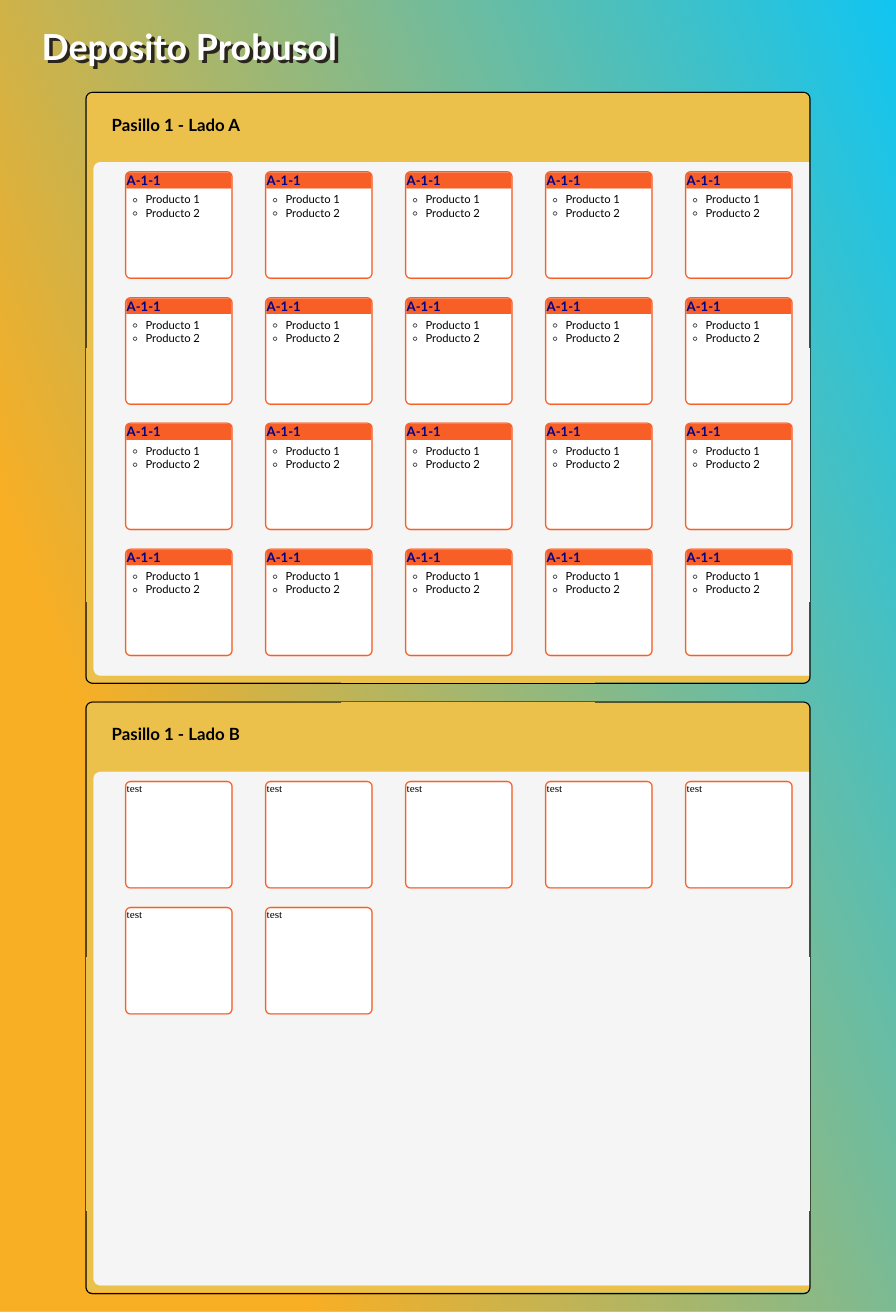
Repository: Franzcod/DepoStock_Web
Page: index.html
An editor plug-in stored every save of this project. The page is shown before and after the next save, followed by the edit.
The browser window is 1280 px wide. The pictures show the whole page, at 70% of full size.

Above is the page before, as saved 2020-06-07 22:53:14.
Console error: ReferenceError: ur is not defined

After the next save:
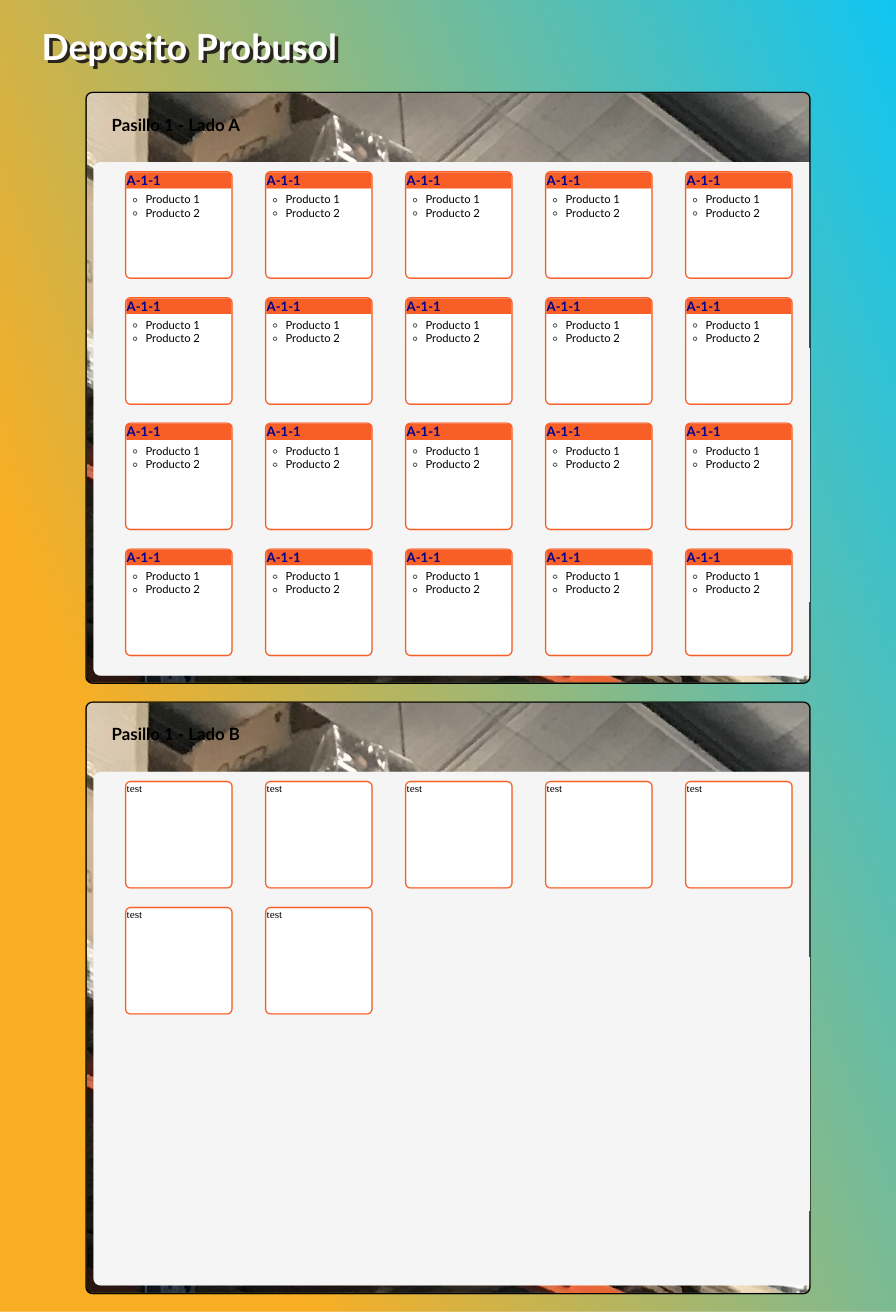
Saved 6 s later.
--- a/estilo/estilo.css
+++ b/estilo/estilo.css
@@ -28,7 +28,7 @@ html{
     width: 80%;
     height: 75%;
     background-image: url("/img/dep.jpg");
-    background: rgb(235, 192, 75);
+    /* background: rgb(235, 192, 75); */
     /* overflow-y: scroll; */
     margin: 2vw auto;
     overflow-x: auto;
